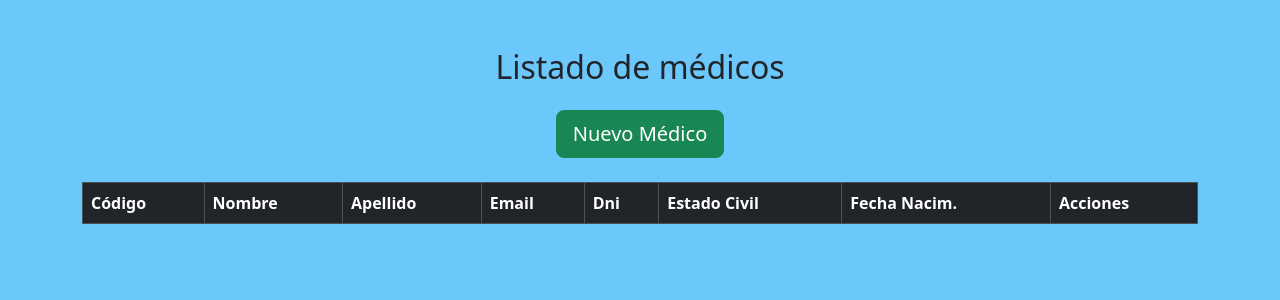
Repository: FernandoSanzPacheco/LPII_T3_SANZPACHECOFERNANDO
Page: http://localhost/Vistas/ListadoMedicos
These files come from the project's save history. The page is drawn as it stood at one moment and after the next save; the edit follows.
The browser window is 1280 px wide. The pictures show the whole page.
The page is this project's Thymeleaf template; nobody is signed in. The template is opened directly, without the code that normally fills it, so the values that code supplies are empty.

Above is the page before, as saved 2025-02-20 04:04:18.

After the next save:
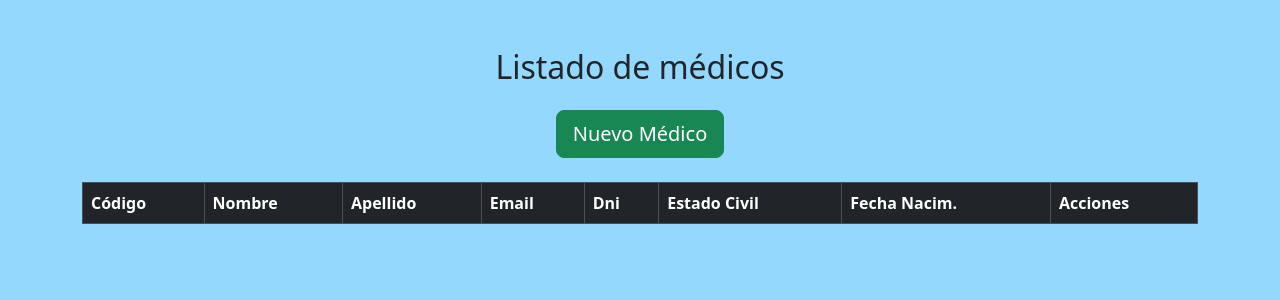
Saved 5 s later.
--- a/LPII_T3_SANZPACHECOFERNANDO/src/main/resources/templates/Vistas/ListadoMedicos.html
+++ b/LPII_T3_SANZPACHECOFERNANDO/src/main/resources/templates/Vistas/ListadoMedicos.html
@@ -11,7 +11,7 @@
 
     <style>
         body {
-            background-color: #6cc7fb ;
+            background-color: #94d8fe ;
         }
     </style>
 </head>
